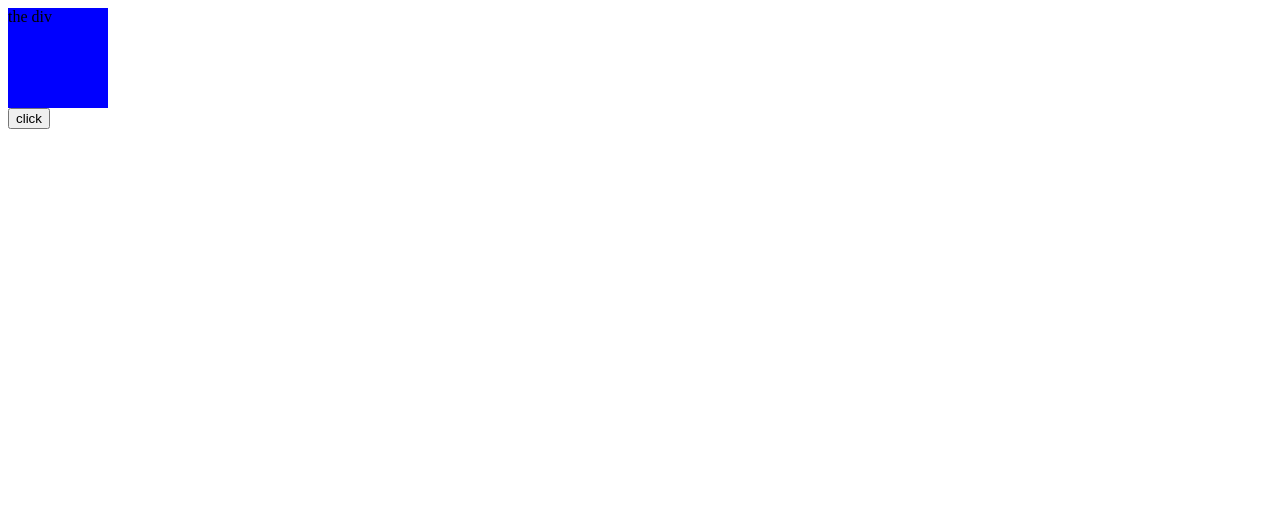
Repository: PoojaShirwaikar/BlockhainTest
Page: javascript/jQueryAssignment2/WebContent/ques5.html
An editor plug-in stored every save of this project. The page is shown before and after the next save, followed by the edit.
The browser window is 1280 px wide. The pictures show the whole page.
After loading, the first visible `#click1` was clicked once.
Some web libraries are served in a nearby version.

Above is the page before, as saved 2017-11-14 08:29:02.

After the next save:
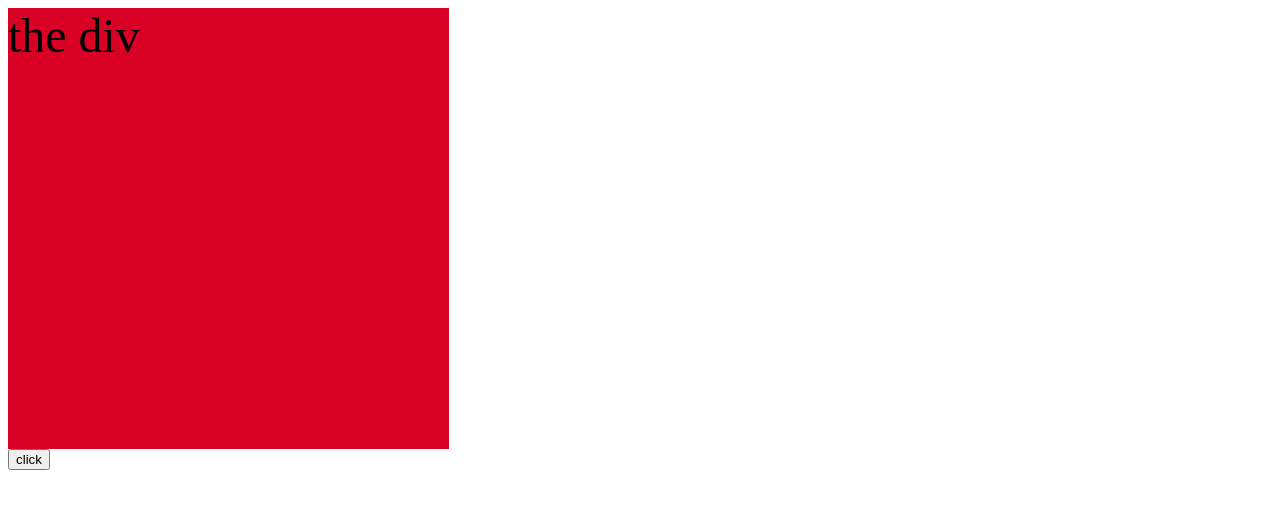
Saved 32 s later.
--- a/javascript/jQueryAssignment2/WebContent/ques5.html
+++ b/javascript/jQueryAssignment2/WebContent/ques5.html
@@ -15,7 +15,12 @@
 <script>
 	$(function() {
 		$("#click1").click(function() {
-			$("#thediv").animate(5000, "linear");
+			$("#thediv").animate({
+				backgroundColor : 'red',
+				width : '500px',
+				height : '500px',
+				fontSize : '40pt'
+			},2000);
 		})
 
 	});

After the save that followed:
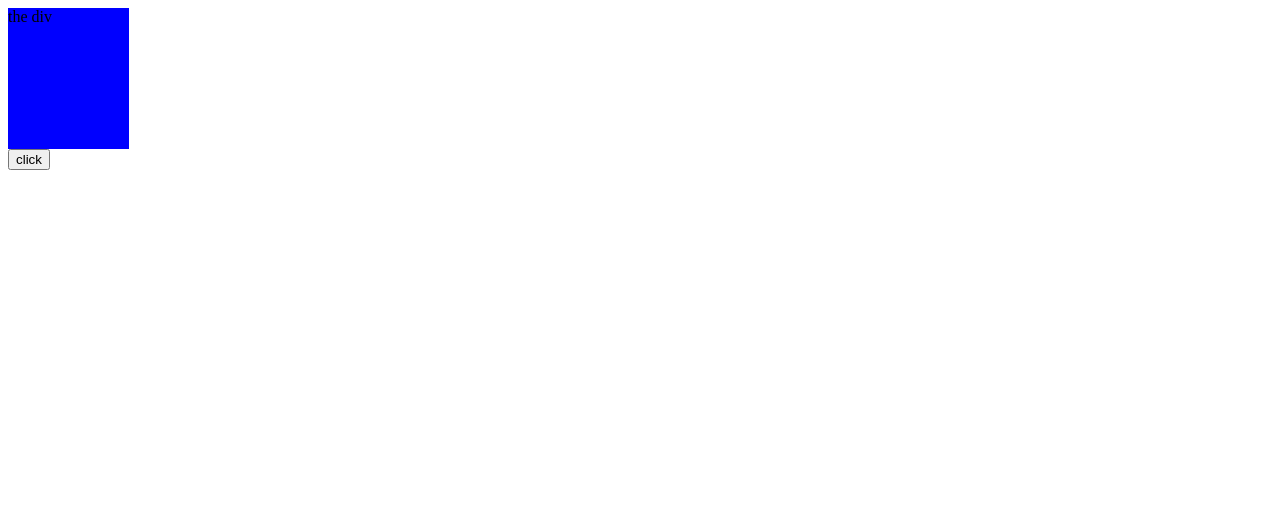
Saved 25 s later.
--- a/javascript/jQueryAssignment2/WebContent/ques5.html
+++ b/javascript/jQueryAssignment2/WebContent/ques5.html
@@ -16,11 +16,9 @@
 	$(function() {
 		$("#click1").click(function() {
 			$("#thediv").animate({
-				backgroundColor : 'red',
-				width : '500px',
-				height : '500px',
-				fontSize : '40pt'
-			},2000);
+				width : '200px',
+				height : '300px',
+			}, 5000);
 		})
 
 	});
